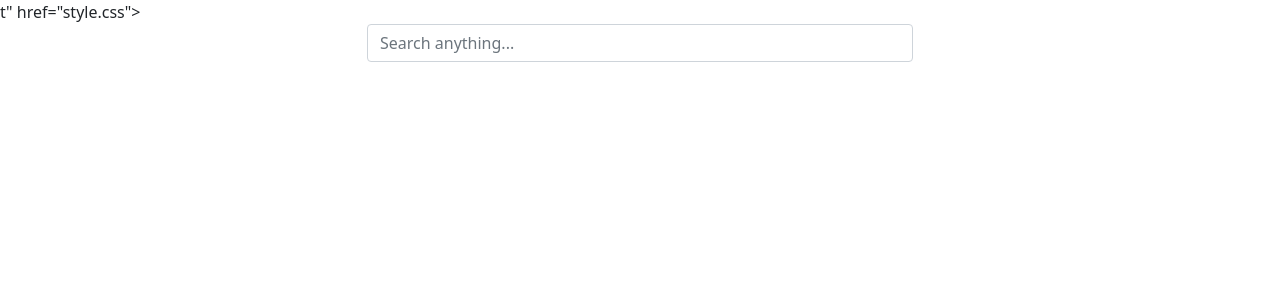
Repository: AlisaSkryp/photoblog
Page: index.html
These files come from the project's save history. The page is drawn as it stood at one moment and after a run of saves; the edit follows.
The browser window is 1280 px wide. The pictures show the whole page.

Above is the page before, as saved 2023-04-09 18:36:17.

After the next 3 saves:
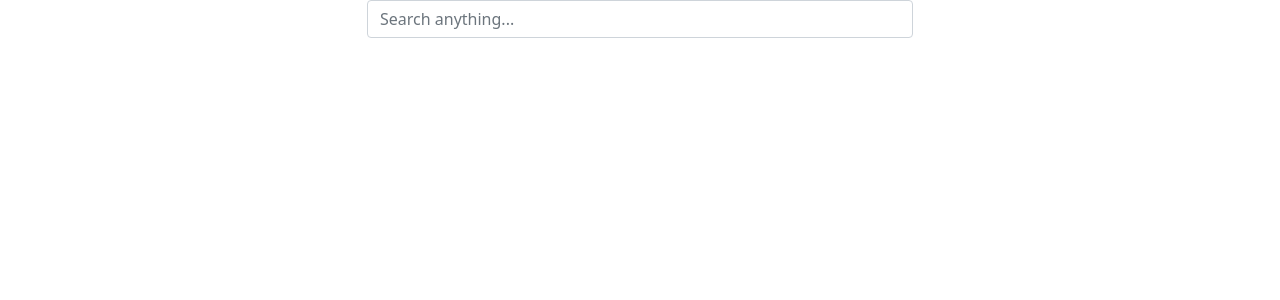
The 3 saves are shown as one change because they came seconds apart.
The last was saved 8 s later.
--- a/index.html
+++ b/index.html
@@ -5,7 +5,8 @@
 	<meta http-equiv="X-UA-Compatible" content="IE=edge">
 	<meta name="viewport" content="width=device-width, initial-scale=1.0">
 	<link href="https://cdn.jsdelivr.net/npm/bootstrap@5.0.2/dist/css/bootstrap.min.css" rel="stylesheet" integrity="sha384-EVSTQN3/azprG1Anm3QDgpJLIm9Nao0Yz1ztcQTwFspd3yD65VohhpuuCOmLASjC" crossorigin="anonymous">
-<link aria-grabbed="">t" href="style.css">
+<l
+<link rel="stylesheet" href="style.css">
 </head>
 <body>
 	<div class="container">
